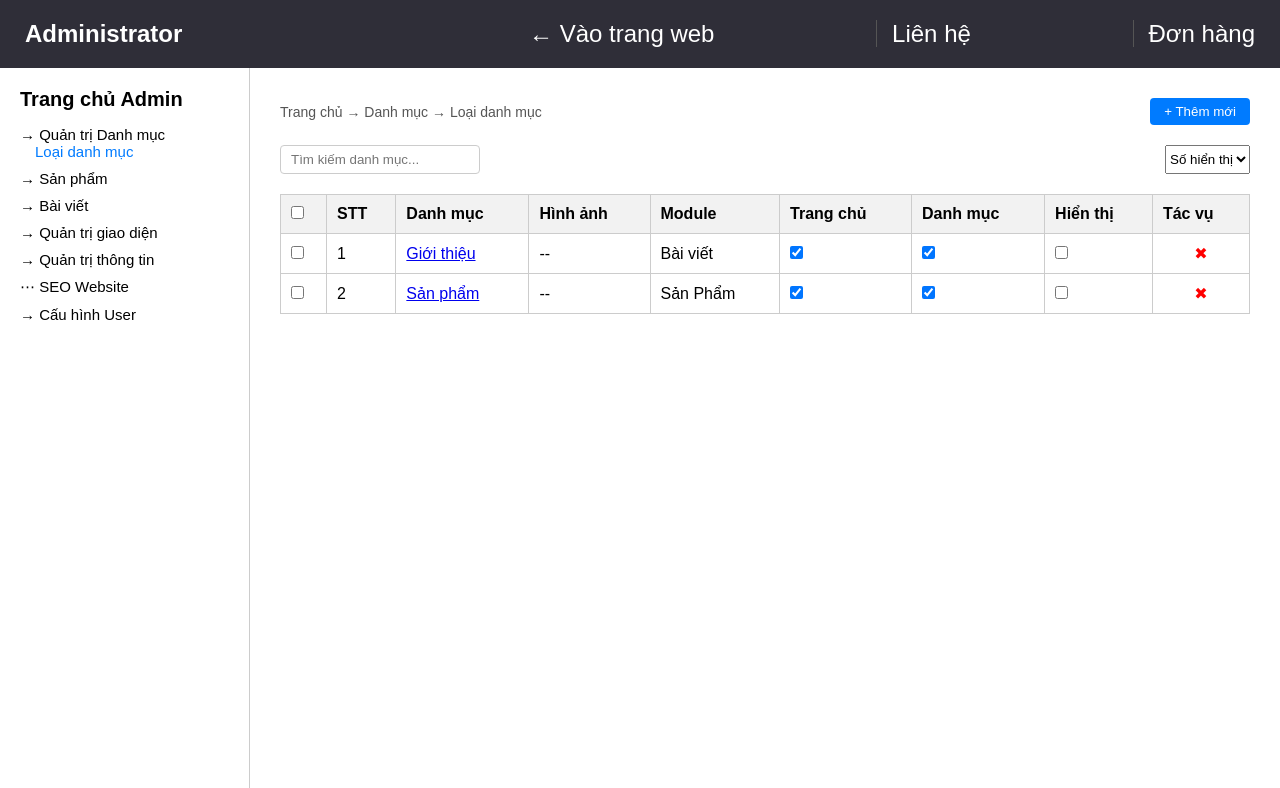
Repository: TranTanDat0606/Du-An-1
Page: Admin]/admin.html
These files come from the project's save history. The page is drawn as it stood at one moment and after a run of saves; the edit follows.
The browser window is 1280 px wide. The pictures show the whole page.

Above is the page before, as saved 2025-07-30 14:49:23.

After the next 2 saves:
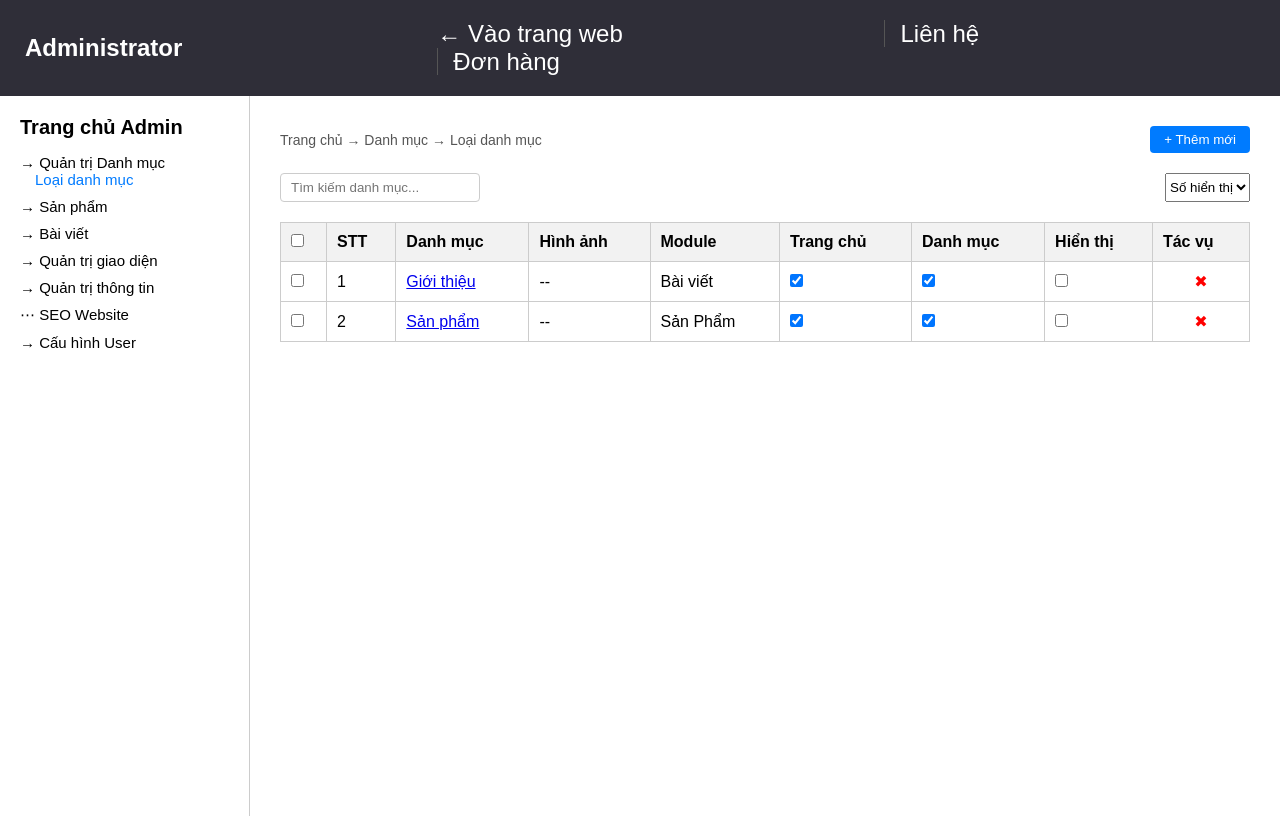
The 2 saves are shown as one change because they came seconds apart.
The last was saved 9 s later.
--- a/Admin]/admin.css
+++ b/Admin]/admin.css
@@ -23,7 +23,7 @@
 .topbar-right a {
     color: white;
     text-decoration: none;
-    margin-left: 155px;
+    margin-left: 255px;
     border-left: 1px solid #555;
     padding-left: 15px;
 }

After the 2 saves that followed:
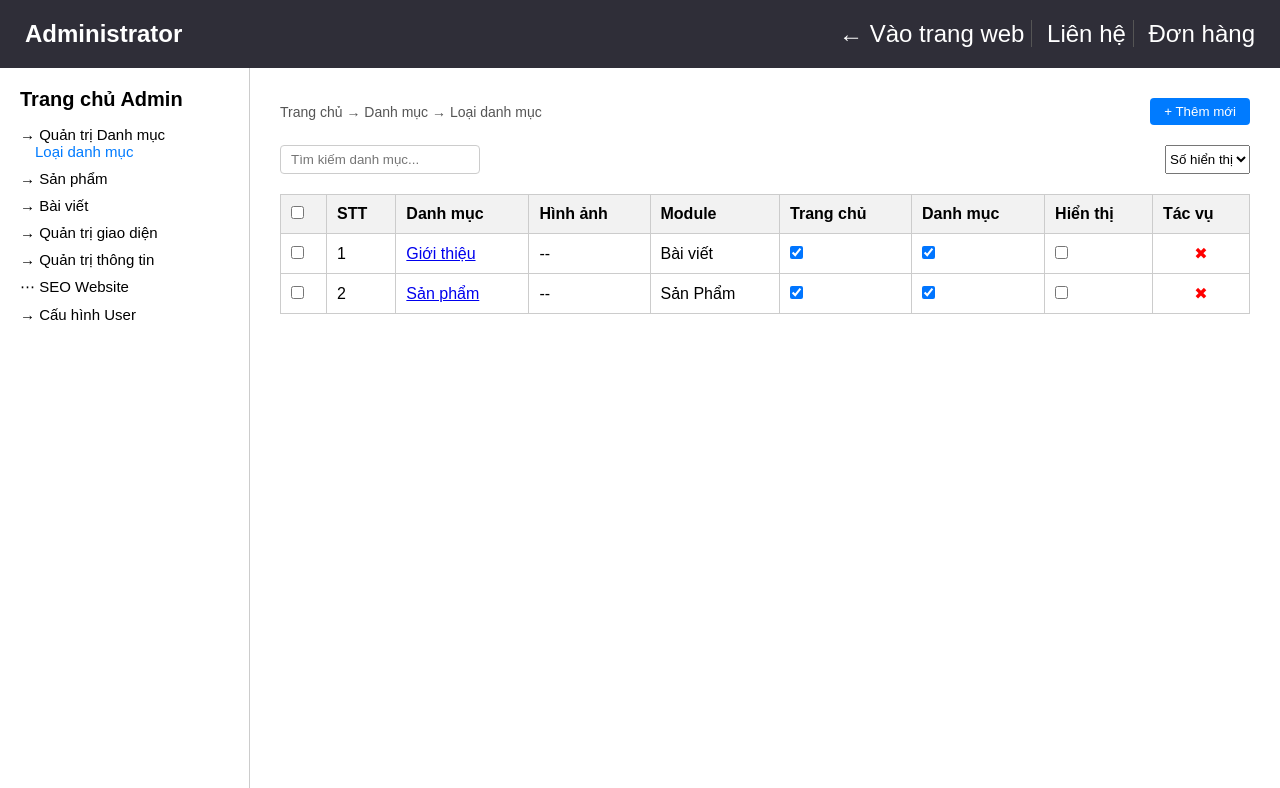
The 2 saves are shown as one change because they came seconds apart.
The last was saved 9 s later.
--- a/Admin]/admin.css
+++ b/Admin]/admin.css
@@ -23,7 +23,7 @@
 .topbar-right a {
     color: white;
     text-decoration: none;
-    margin-left: 255px;
+    margin-left: 22 5px;
     border-left: 1px solid #555;
     padding-left: 15px;
 }
